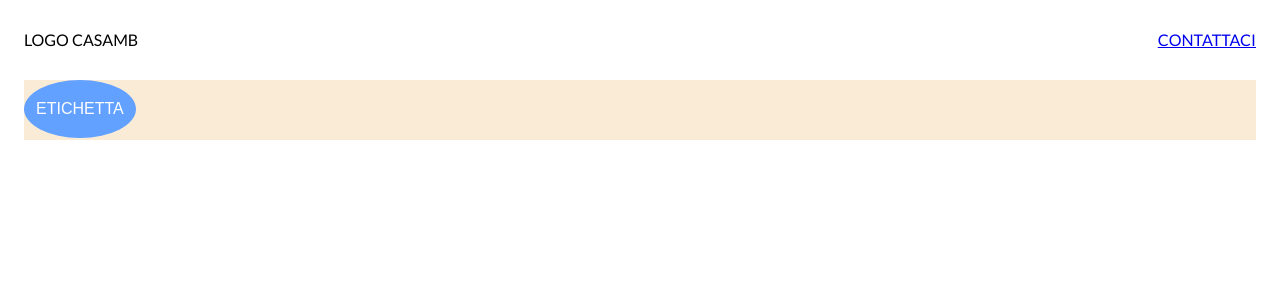
Repository: nicolorz/casamb
Page: /
The author's editor kept a copy of each file at every save. The page is drawn from the files as they stood at one save, then again after the next save.
The browser window is 1280 px wide. The pictures show the whole page.
The project was rebuilt for these pictures with package versions that can differ from the ones it lists, and the page was loaded fresh each time. Also part of the build but not shown: src/index.css, src/App.css.

Above is the page before, as saved 2023-07-18 17:40:46.

### src/index.js
import React from 'react';
import ReactDOM from 'react-dom/client';
import './index.css';
import './assets/css/reset.css'
import './assets/css/style.css'
import App from './App';
import reportWebVitals from './reportWebVitals';

const root = ReactDOM.createRoot(document.getElementById('root'));
root.render(
  <React.StrictMode>
    <App />
  </React.StrictMode>
);

// If you want to start measuring performance in your app, pass a function
// to log results (for example: reportWebVitals(console.log))
// or send to an analytics endpoint. Learn more: https://bit.ly/CRA-vitals
reportWebVitals();

### src/assets/css/style.css
@import url('https://fonts.googleapis.com/css2?family=Lato:ital,wght@0,300;0,400;0,700;1,300;1,400;1,700&display=swap');

html, body {
  margin: 0;
  padding: 0;
  font-size: 16px;
  font-family: 'Lato', sans-serif;
}

.main-wrapper {
  width: 100vw;
  height: 100vh;
  background-color: #fff;
/*   display: flex;
  flex-flow: row nowrap; */
}

/* .sidebar {
  flex: 1;
  background-color: #f6f6f6;
  display: flex;
  flex-flow: column nowrap;
}

.card-wrapper {
  flex: 4;
  padding: 1rem;
  box-sizing: border-box;
  background-color: #EFF8FF;
  border: 1px solid #62A1FF;
  display: flex;
  flex-flow: row nowrap;
  align-items: flex-start;
  gap: 1rem;
}

.footer, .area-buttons {
  width: 100%;
  padding: 1rem;
  box-sizing: border-box;
  background-color: #EFF8FF;
  border: 1px solid #62A1FF;
}

.foooter {
  flex: 0 1 auto;
}

.area-buttons {
  flex: 1 0 auto;
}

.area-buttons {
  display: flex;
  flex-flow: column nowrap;
  gap: 0.5rem;
}

.area-buttons > button {
  align-self: flex-start;
}

.card {
  flex: 0 1 33%;
  padding: 1rem;
  background-color: #62A1FF;
  /* align-self: flex-start;
}

.card > img {
  width: 100%;
} */

### src/App.js
import logo from './logo.svg';
import './App.css';
import  {Header} from './components/HeaderWrapper/HeaderWrapper';

function App() {

  return (
    <div className="main-wrapper">
      <Header />
    </div>
  );
}

export default App;

### src/components/HeaderWrapper/HeaderWrapper.js
import './Header.css'
import { HeaderBottom } from './HeaderBottom'
import { HeaderTop } from './HeaderTop'

export const Header = () => {
    return <div className="header">
        <HeaderTop />
        <HeaderBottom />
    </div>
}

### src/components/HeaderWrapper/Header.css
.header {
    width: 100%;
    padding: 0 24px;
    box-sizing: border-box;
    position: fixed;
    top: 0;
    left: 0;
}

.header-top {
    width: 100%;
    display: flex;
    flex-flow: row nowrap;
    justify-content: space-between;
    align-items: center;
}

.header-top_logo {
    padding: 2rem 0;
}

.header-bottom {
    width: 100%;
    height: 60px;
    background-color: antiquewhite;
}

### src/components/HeaderWrapper/HeaderBottom.js
import { SortingBtn } from "../SortingBtn/Sortingbtn"

export const HeaderBottom = () => {
    return (
        <div className="header-bottom">
            <SortingBtn />
        </div>
    )
}

### src/components/HeaderWrapper/HeaderTop.js
export const HeaderTop = () => {
    return <div className="header-top">
        <div className="header-top_logo">LOGO CASAMB</div>
        <a href="*" target="_self">CONTATTACI</a>
    </div>
}

### src/components/SortingBtn/Sortingbtn.js
import './Sortingbtn.css'

export const SortingBtn = () => (
  <button className="sorting-btn">ETICHETTA</button>
);

### src/components/SortingBtn/Sortingbtn.css
.sorting-btn {
    background-color: #62A1FF;
    color: #fff;
    padding: 20px 12px;
    border: none;
    border-radius: 50%;
    -webkit-border-radius: 50%;
    -moz-border-radius: 50%;
    -ms-border-radius: 50%;
    -o-border-radius: 50%;
    font-size: 16px;
}

Loaded but not shown: public/index.html (common file); src/assets/css/reset.css (common file); src/reportWebVitals.js (common file)

After the next save:
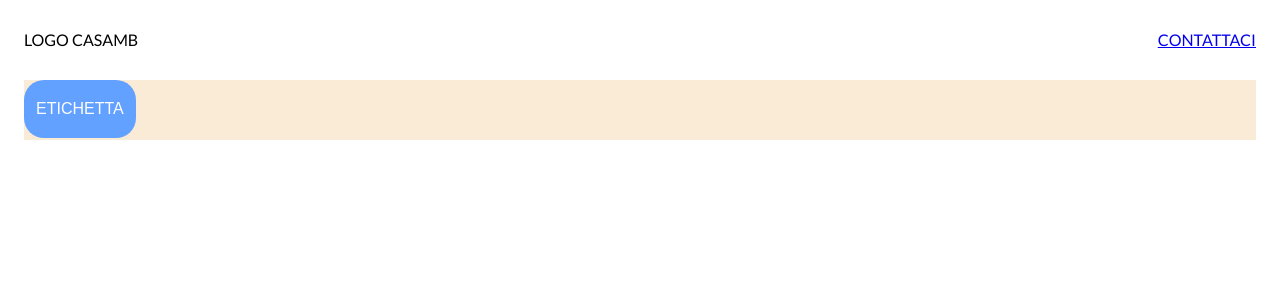
Saved 13 s later.
--- a/src/components/SortingBtn/Sortingbtn.css
+++ b/src/components/SortingBtn/Sortingbtn.css
@@ -4,7 +4,7 @@
     padding: 20px 12px;
     border: none;
     border-radius: 50%;
-    -webkit-border-radius: 50%;
+    -webkit-border-radius: 20px;
     -moz-border-radius: 50%;
     -ms-border-radius: 50%;
     -o-border-radius: 50%;
